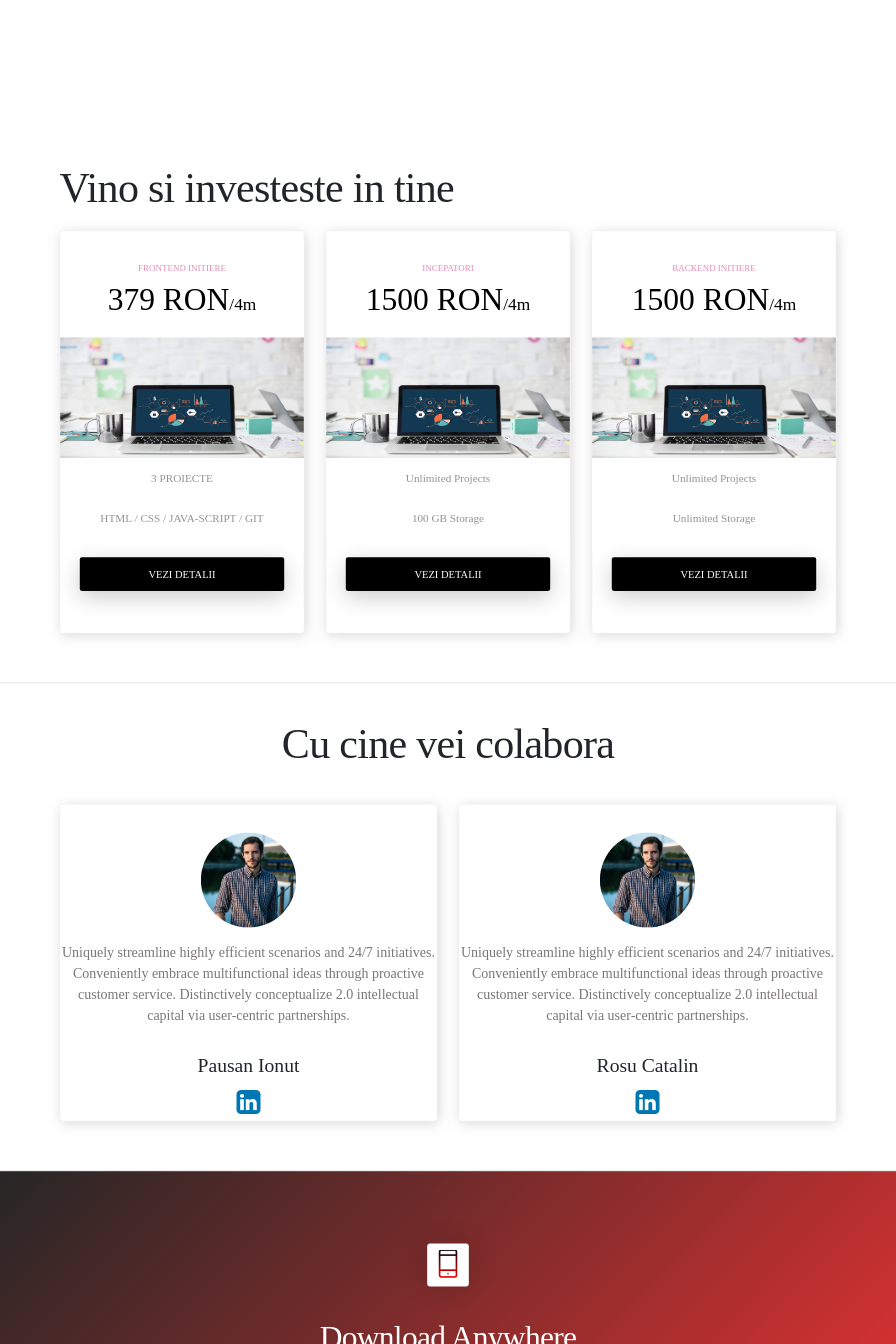
Repository: RosuCatalinDorin/ITSchool
Page: home-page/index.html
An editor plug-in stored every save of this project. The page is shown before and after the next save, followed by the edit.
The browser window is 1280 px wide. The pictures show the part of the page from y = 483 to 2403 px (the page is 3237 px tall before and 3263 px after), at 70% of full size.
Some web libraries are served in a nearby version.

Above is the page before, as saved 2019-03-13 19:02:50.

### home-page/index.html
<!doctype html>
<html lang="en">


<head>
    <title>Speak Programming</title>
    <!-- Required meta tags -->
    <meta charset="utf-8">
    <meta name="viewport" content="width=device-width, initial-scale=1, shrink-to-fit=no">
    <meta name="description" content="Mobland - Mobile App Landing Page Template">
    <meta name="keywords" content="HTML5, bootstrap, mobile, app, landing, ios, android, responsive">
    <!-- Font -->

    <link rel="dns-prefetch" href="//fonts.googleapis.com">
     <!-- Bootstrap CSS -->
    <link rel="stylesheet" href="../css/bootstrap.min.css">
    <!-- Themify Icons -->
    <link rel="stylesheet" href="../css/themify-icons.css">
    <!-- Owl carousel -->
    <link rel="stylesheet" href="../css/owl.carousel.min.css">
    <link rel="stylesheet" href="../css/teamStyle.css">
    <link rel="stylesheet" href="../detaliiCurs/css/detalii-curs.css">
    <link rel="stylesheet" href="./home.css">



    <link rel="stylesheet" href="https://maxcdn.bootstrapcdn.com/font-awesome/4.5.0/css/font-awesome.min.css">

    <!-- Main css -->
    <link href="../css/style.css" rel="stylesheet">
    <link rel="shortcut icon" href="../images/partea_de_susLogo.png"/>
    <!-- jQuery and Bootstrap -->
    <script src="../js/jquery-3.2.1.min.js"></script>
    <script src="../js/bootstrap.bundle.min.js"></script>
    <!-- Plugins JS -->
    <script src="../js/owl.carousel.min.js"></script>
    <!-- Custom JS -->
    <script src="../js/script.js"></script>
    <script src="../js/fbLogin.js"></script>

</head>

<body data-spy="scroll" data-target="#navbar" data-offset="30">

    <!-- NAV BAR START-->
    <div class="nav-menu fixed-top">
        <div class="container">
            <div class="row">
                <div class="col-md-12">
                    <nav class="navbar navbar-dark navbar-expand-lg">
                        <a class="navbar-brand" href="index.html"><img src="../images/partea_de_susLogo.png" height="43" width="43" class="img-fluid" alt="logo"></a> <button class="navbar-toggler" type="button" data-toggle="collapse" data-target="#navbar" aria-controls="navbar" aria-expanded="false" aria-label="Toggle navigation"> <span class="navbar-toggler-icon"></span> </button>
                        <div class="collapse navbar-collapse" id="navbar">
                            <ul class="navbar-nav ml-auto">
                                <li class="nav-item"> <a class="nav-link active" href="#home">HOME <span class="sr-only">(current)</span></a> </li>
                                <li class="nav-item"> <a class="nav-link" href="#cursuri">CURSURI</a> </li>
                                <li class="nav-item"> <a class="nav-link" href="#aboutUS">DESPRE NOI</a> </li>
                                <li class="nav-item"> <a class="nav-link" href="#contact">CONTACT</a> </li>
                            </ul>
                        </div>
                    </nav>
                </div>
              </div>
         </div>
    </div>
<!-- NAV BAR END -->
    <!-- START HEADER -->
    <header  id="home">
        <div class="container mt-5">
            <h1 class="textClass"> Mesaj 1 (eu zic moto)</h1>
        </div>
        <div class="img-holder mt-3"><img src="../images/logo_partea_deJos.png" alt="phone" class="img-fluid">
            <p class="textClass">Mesaj 2 De ce am creat asta? O intrebare de genu</p>
        </div>
    </header>

    <!-- END HEADER -->

    <!-- SECTIUNE DESPRE NOI START -->

    <!-- DESPRE NOI END -->

<!-- SECTIUNE CURSURI START -->
    <div class="section section-home-curs" id="cursuri">
        <div class="container">
            <h1>Vino si investeste in tine</h1>
            <div class="card-deck">
                <div class="card pricing">
                    <div class="card-head">
                        <small class="text-primary">FRONTEND INITIERE</small>
                        <span class="price">379 RON<sub>/4m</sub></span>
                    </div>
                    <div class="course-image-container">
                    </div>
                    <ul class="list-group list-group-flush">
                        <div class="list-group-item">3 PROIECTE</div>
                        <div class="list-group-item">HTML / CSS / JAVA-SCRIPT / GIT</div>
                    </ul>
                    <div class="card-body">
                        <a href="screens/curs.html" class="btn btn-primary btn-lg btn-block">Vezi detalii</a>
                    </div>
                </div>
                <div class="card pricing">
                    <div class="card-head">
                        <small class="text-primary">INCEPATORI</small>
                        <span class="price">1500 RON<sub>/4m</sub></span>
                    </div>
                    <div class="course-image-container">
                        </div>
                    <ul class="list-group list-group-flush">
                        <div class="list-group-item">Unlimited Projects</div>
                        <div class="list-group-item">100 GB Storage</div>
                    </ul>
                    <div class="card-body">
                        <a href="screens/curs.html" class="btn btn-primary btn-lg btn-block">Vezi detalii</a>
                    </div>
                </div>
                <div class="card pricing">
                    <div class="card-head">
                        <small class="text-primary">BACKEND INITIERE</small>
                        <span class="price">1500 RON<sub>/4m</sub></span>
                    </div>
                    <div class="course-image-container">
                        </div>
                    <ul class="list-group list-group-flush">
                        <div class="list-group-item">Unlimited Projects</div>
                        <div class="list-group-item">Unlimited Storage</div>
                    </ul>
                    <div class="card-body">
                        <a href="screens/curs.html" class="btn btn-primary btn-lg btn-block">Vezi detalii</a>
                    </div>
                </div>
            </div>
        </div>
    </div>
<!-- SECTIUNE CURSURI END -->


<!-- SECTIUNE TRAINER START-->

<div class="section section-home-trainer">
        <div class="container">
                <h1 class="text-center home-main-header">Cu cine vei colabora</h1>
                <div class="card-deck">
                    <div class="card pricing">
                        <div class="card-head">
                            <img src="../images/pozaIonutPausan.jpg" class="rounded-circle" alt="Cinque Terre" width="136" height="136">
                        </div>
                        <blockquote class="blockquote text-center">Uniquely streamline highly efficient scenarios and 24/7 initiatives. Conveniently embrace multifunctional ideas through proactive customer service. Distinctively conceptualize 2.0 intellectual capital via user-centric partnerships.</blockquote>
                        <ul class="list-group list-group-flush">
                            <h5 class="mt-4 mb-2 text-center">Pausan Ionut</h5>
                            <a target="_blank" href="https://www.linkedin.com/in/ionut-adrian-pausan-3a7300137/" class="btn"> <i class="fa fa-linkedin-square" style="font-size:40px; color:#0077B5"></i>  </a>
                        </ul>
                    </div>
                    <div class="card pricing">
                            <div class="card-head">
                                <img src="../images/pozaIonutPausan.jpg" class="rounded-circle" alt="Cinque Terre" width="136" height="136">
                            </div>
                            <blockquote class="blockquote text-center ">Uniquely streamline highly efficient scenarios and 24/7 initiatives. Conveniently embrace multifunctional ideas through proactive customer service. Distinctively conceptualize 2.0 intellectual capital via user-centric partnerships.</blockquote>
                            <ul class="list-group list-group-flush">
                                <h5 class="mt-4 mb-2 text-center">Rosu Catalin</h5>
                                <a target="_blank" href="https://www.linkedin.com/in/ro%C8%99u-c%C4%83t%C4%83lin-dorin-872322112/" class="btn"> <i class="fa fa-linkedin-square" style="font-size:40px; color:#0077B5"></i>  </a>
                            </ul>
                        </div>
                </div>
            </div>
</div>

<!-- SECTIUNE TRAINER END -->

    <div class="section bg-gradient" id ="aboutUS">
        <div class="container">
            <div class="call-to-action">
                <div class="box-icon"><span class="ti-mobile gradient-fill ti-3x"></span></div>
                <h2>Download Anywhere</h2>
                <p class="tagline">Available for all major mobile and desktop platforms. Rapidiously visualize optimal ROI rather than enterprise-wide methods of empowerment. </p>
                <div class="my-4">
                    <a href="#" class="btn btn-light"><img src="../images/appleicon.png" alt="icon"> App Store</a>
                    <a href="#" class="btn btn-light"><img src="../images/playicon.png" alt="icon"> Google play</a>
                </div>
                <p class="text-primary"><small><i>*Works on iOS 10.0.5+, Android Kitkat and above. </i></small></p>
            </div>
        </div>
    </div>


    <!-- START FOOTER -->
    <footer class="footer">
            <div class="footer-container">
                <div class="footer-row">
                    <div class="social-media">
                        <h1>Contacteaza-ne pe:</h1>
                        <p class="social-media-paragraph">Speak programming:
                            <span>contact@speakprogramming.ro</span>
                        </p>
                        <p class="social-media-paragraph">Facebook:
                            <span>contact@speakprogramming.ro</span>
                        </p>
                        <div class="social-media-icons">
                        </div>
                        <p>Adresa</p>
                    </div>

                    <div class="contact-form">
                        <h1>Email us:</h1>
                        <label for="email">Email</label>
                        <input type="text" name="email" value="" class="form-control input-lg input-space" placeholder="Your Email"/>

                        <label for="mesaj">Scrie-ne un mesaj</label>
                        <textarea type="text" name="mesaj" value="" class="input-space form-control input-lg" placeholder="Mesaj..."/></textarea>
                        <button class="btn submit-button-footer">Submit</button>
                    </div>
                </div>
                <p class="copyright-message text-center"><small>COPYRIGHT © 2017. ALL RIGHTS RESERVED BY <a href="">SPEAK PROGRAMMING</a></small></p>
            </div>
        </footer>
</body>

</html>

### css/teamStyle.css
.divNewTeam{
    border: 1px solid #f1eef1;
    width: 30%;
    border-radius: 3%;
}
.contentTem{
    display: flex;
}
@media only screen and (max-width: 600px){
    .contentTem{
        display: block;
        margin-top: 50px;
    }
}

### detaliiCurs/css/detalii-curs.css
/* Header start */
.header-detalii-curs {
    background-image: url("../../images/headerbk.jpg");
    background-repeat: no-repeat;
    background-size: cover;
    padding-bottom:25px;
    margin-top: 40px;
    height: 400px;
    display: flex;
    flex-direction: column;
    justify-content: center;
}

.detalii-curs-titlu{
    font-size: 45px;
    margin-bottom: 30px;
}

.detalii-curs-motto{
    font-size: 25px;
    margin-bottom: 30px;
}

.enroll-header-btn{
    font-size: 15px;
}
.enroll-header-btn a {
    color: #FFF;
}

.enroll-header-btn:hover {
    background: #e5003c;
    cursor: pointer;
    border: 1px solid transparent;
    font-size: 16px;
}

.container-detalii-curs {
    text-align: center;
}

.detalii-curs-button-container{
    margin-bottom: 30px;
}
/* Header ends */

/* Info curs container start */
.curs-container {
    width: 100%;
    background: #f9f9f9;
    padding-bottom:40px;
}
.info-curs-container {
    width: 70%;
    margin: auto;
}

.info-title{
    padding-top: 55px;
    padding-bottom: 50px;
    height: auto;
}

.detalii-curs-motto {
    color: black;
}

.info-title h2{
    text-align: center;
}

    /* DETALII CURS -START */
.info-curs-detalii{
    display: flex;
    justify-content: space-between;
    margin-bottom: 30px;
}

.informatii-curs-sumar{
    width: 25%;
    -webkit-box-shadow: 2px 3px 18px -2px rgba(186,186,186,0.68);
    -moz-box-shadow: 2px 3px 18px -2px rgba(186,186,186,0.68);
    box-shadow: 2px 3px 18px -2px rgba(186,186,186,0.68);
    border-radius: 3%;
    background: #fff;
    border: 1px solid #f1eef1;
}

.informatii-curs-sumar h3 {
    text-align: center;
    color: black;
    padding:20px 0;
}

.informatii-curs-row{
    /* font size-font-style */
    display: flex;
}

.row-first-elem{
    font-weight: bold;
    width: 30%;
    padding-left: 10%;
}

.row-second-elem {
    width:60%;
    text-align: start;
    padding-left: 20%;
  }

.trainer-linkedin{
    display: flex;
    justify-content: space-between;
}
/* DETALII CURS -END */

/* DESCRIERE CURS START */
.descriere-curs{
    width: 60%;
}

.descriere-curs h4{
    font-weight: bold;
}

.descriere-cui-se-adreseaza{
    padding-bottom: 20px;
}

.descriere-cui-se-adreseaza h4{
    color: black;
    padding-bottom: 10px;
}

/* DESCRIERE CURS ENDS */

/* Info curs container ends */


/* PROGRAMA CURS START */

.programa-curs{
    margin: auto;
    width: 70%;
    justify-content: space-between;
    padding-bottom: 50px;
}

.detalii-programa {
    width: 100%;
    display: flex;
    justify-content: space-between;
}

.programa-curs-row{
    width: 25%;
    color: black;
    -webkit-box-shadow: 2px 3px 18px -2px rgba(186,186,186,0.68);
    -moz-box-shadow: 2px 3px 18px -2px rgba(186,186,186,0.68);
    box-shadow: 2px 3px 18px -2px rgba(186,186,186,0.68);
    border-radius: 3%;
    border: 1px solid #f1eef1;
}

.programa-curs-header {
    padding-top: 20px;
    display: flex;
    color:black;
    width:80%;
    margin: auto;
    justify-content: center;
}

.programa-curs-header h4{
    padding: 20px 0;
    font-weight: bold;
    color: black;
}

.programa-curs-header i {
    padding:25px 0 0 15px;
}


.lista-programa-curs{
    width: 90%;
    margin: auto;
    padding-bottom: 10px;
}

.lista-programa-curs li {
    padding-top: 10px;
    padding-bottom: 10px;
}

.web-basics{
    display: flex;
}

.web-basics li {
    width: 50%;
}

.web-basics div{
    padding-top: 10px;
}


/* PROGRAMA CURS ENDS */

/* DESCRIERE TRAINER START */
.trainer-section{
    position: relative;
    background:black;
    width: 100%;
    border-bottom: 2px solid lightgray;
    padding-bottom: 70px;
}

.descriere-trainer {
    width:70%;
    margin: auto;
    color: white;
}

.descriere-trainer h2,h3,h4{
    color:white;
}

.info-title span{
    color: #e5003c
}

.trainer-row {
    margin-top: 40px;
    display: flex;
    justify-content: space-between;
}

.trainer-profile{
    width:30%;
}

.trainer-delimitator {
    height: 1px;
    width: 100%;
    background: #959094;
    position: absolute;
    top:57%;
    left: 0;
    z-index:33;
    margin:auto;
}

.trainer-description{
    width: 60%;
}

.trainer-description p{
    color: #959094
}

.trainer-image-container{
    width: 34%;
    margin: auto;
    margin-bottom: 20px;
}

.trainer-image {
    border-radius:50%;
    margin:auto;
    width: 136px;
    height: 136px;
}

.trainer-name{
    width:50%;
    margin: auto;
    margin-bottom: 20px;
}

.trainer-name h3{
    text-align: center;
}

.trainer-description h4,p{
    padding-bottom: 10px;
}

.trainer-short-description span{
    padding-right: 5%;
}

.marketing-section-part1{
    height: 50%;
}

.marketing-section-part1 h1{
    font-size: 50px;
    text-align: center;
    padding: 15% 0 20px 0;
}

.marketing-section-part1 h3{
    color: black;
    text-align: center;
    padding: 40px 0 20px 0;
}

.img-container{
    display: flex;
    justify-content: space-around;
    padding-top: 15%;
}

.marketing-image-container {
    width: 25%;
}

.marketing-image-container img {
    width: 90%;
    height: 90%;
}

/* DESCRIERE TRAINER ENDS */

/* INSCRIERE CURS START */

.inscriere-curs-section {
    padding-bottom: 50px;
}

.inscriere-curs-container{
    display: flex;
    width: 70%;
    margin: auto;
}

.inscriere-marketing-section{
    background-image: url("../../images/bau.jpg");
    background-size: cover;
    width:49%;
    background-color: lightgrey;
    height:auto;
    display: flex;
    flex-direction: column;
}

.inscriere-form-container{
    width:49%;
}

.formular-inscriere{
    width: 90%;
    margin:0 auto;
}

.input-space{
    margin-bottom: 20px;
}

.termeni-conditii{
    display: flex;
    margin-bottom: 20px;
}

.checkbox{
    width: 2%;
    margin-top: 5px;
    margin-right:10px;
}

form label{
    font-weight:bold;
}

.enroll-btn {
    background-color: black!important;
    font-size: 20px;
}

.enroll-btn:hover {
    cursor: pointer;
    background-color: #e5003c!important;
}
/* INSCRIERE CURS END */

/* FOOTER START */

.footer {
    padding-top: 40px;
    background-color: black;
}

.footer-container {
    width: 70%;
    margin: auto;
    color: white;
}

.footer-row {
    padding-bottom: 40px;
    display: flex;
    justify-content: space-between;
}

.social-media, .contact-form {
    width: 45%;
    padding: 0 15px;
}

.contact-form textarea{
    margin-bottom: 35px;
}


.copyright-message {
    width: 100%;
    margin: auto;
}
.copyright-message a{
    color: #e5003c;
}

.social-media-paragraph{
    text-align: left;
    color: white;
}

.social-media-paragraph span{
    color: #959094;
}

.submit-button-footer {
    height: 45px;
    color: white;
    font-size: 17px!important;
    width: 50%;
    background-color: #e5003c!important;
    float: right;
    box-shadow: 0px 9px 32px 0px rgba(0, 0, 0, 0.2);
    text-transform: uppercase;
}

.submit-button-footer:hover {
    cursor: pointer;
    background-color: #be0b23e5!important;
    transition: all 0.3s ease;
}

.footer-links {
    margin: auto;
}

/* FOOTER END */

### home-page/home.css
.card{
    -webkit-box-shadow: 2px 3px 18px -2px rgba(186,186,186,0.68);
    -moz-box-shadow: 2px 3px 18px -2px rgba(186,186,186,0.68);
    box-shadow: 2px 3px 18px -2px rgba(186,186,186,0.68);
}

.course-image-container {
    width: 100%;
    height: 30%;
    content: url("../images/headerbk.jpg");
}

.home-main-header{
    margin-bottom: 50px;
}

.section-home-trainer{
    border-bottom:1px solid #dad9d9;
}

.section-home-curs {
    border-bottom:1px solid #dad9d9;
}

Loaded but not shown: css/bootstrap.min.css (library); css/themify-icons.css (common file); css/owl.carousel.min.css (library); js/jquery-3.2.1.min.js (library); js/bootstrap.bundle.min.js (library); js/owl.carousel.min.js (library); js/script.js (112 lines, source omitted); js/fbLogin.js (68 lines, source omitted); css/style.css (703 lines, source omitted)

After the next save:
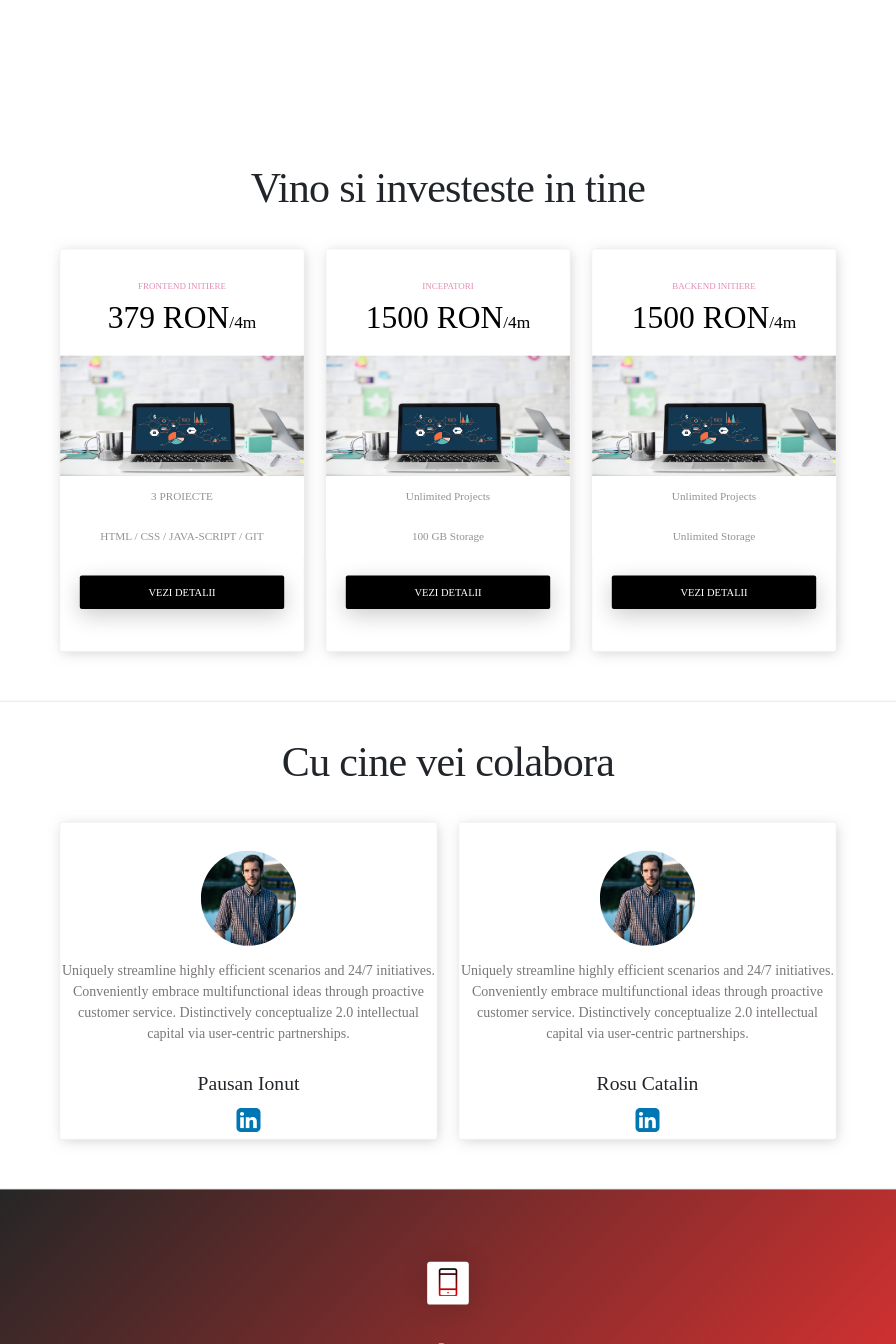
Saved 18 s later.
--- a/home-page/index.html
+++ b/home-page/index.html
@@ -82,7 +82,7 @@
 <!-- SECTIUNE CURSURI START -->
     <div class="section section-home-curs" id="cursuri">
         <div class="container">
-            <h1>Vino si investeste in tine</h1>
+            <h1 class="text-center home-main-header">Vino si investeste in tine</h1>
             <div class="card-deck">
                 <div class="card pricing">
                     <div class="card-head">
